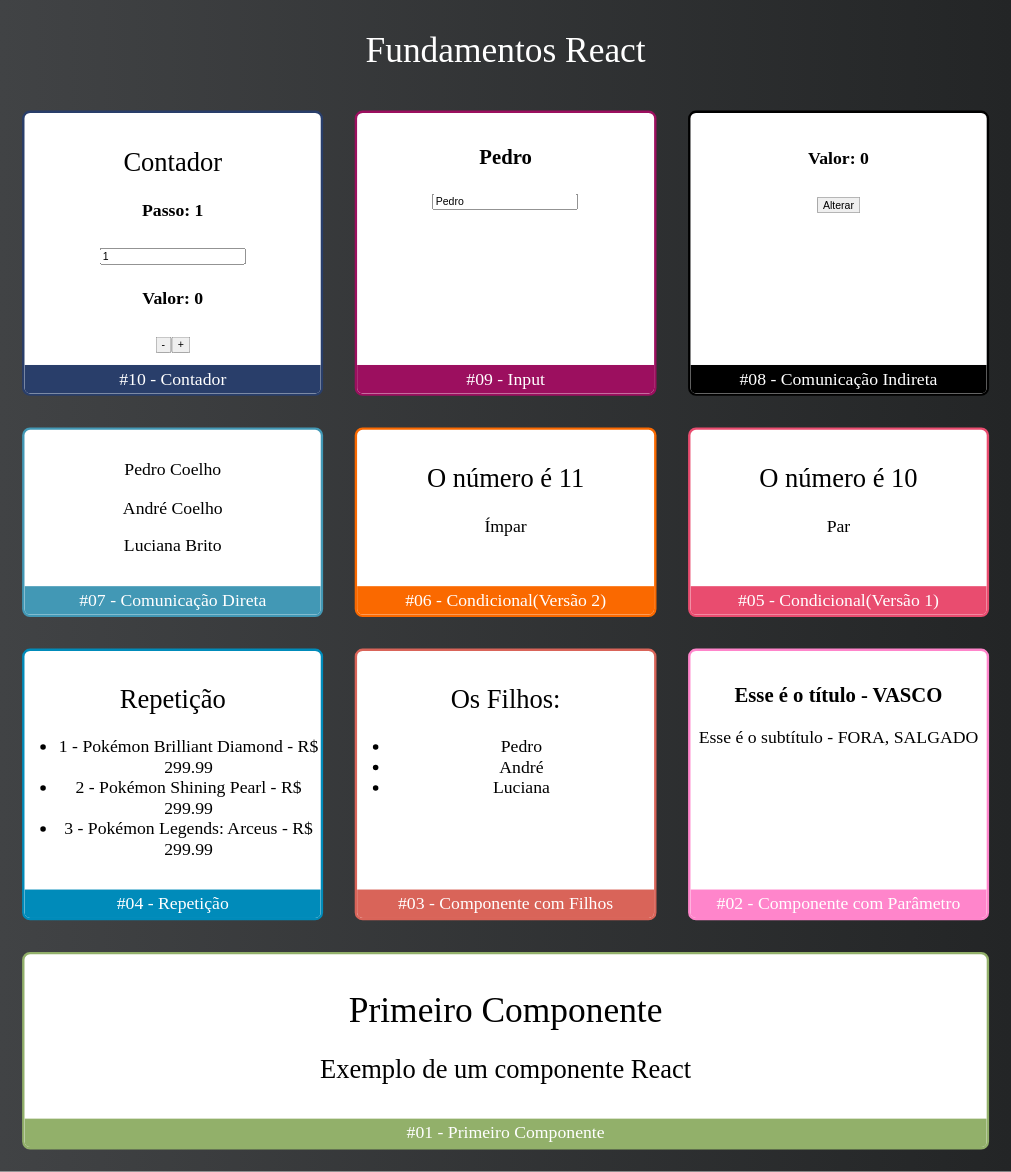
Repository: PedroHQCoelho/fundamentos-react
Page: /
An editor plug-in stored every save of this project. The page is shown before and after the next save, followed by the edit.
The browser window is 1280 px wide. The pictures show the whole page, at 79% of full size.
The project was rebuilt for these pictures with package versions that can differ from the ones it lists, and the page was loaded fresh each time.

Above is the page before, as saved 2021-12-16 13:16:46.

After the next save:
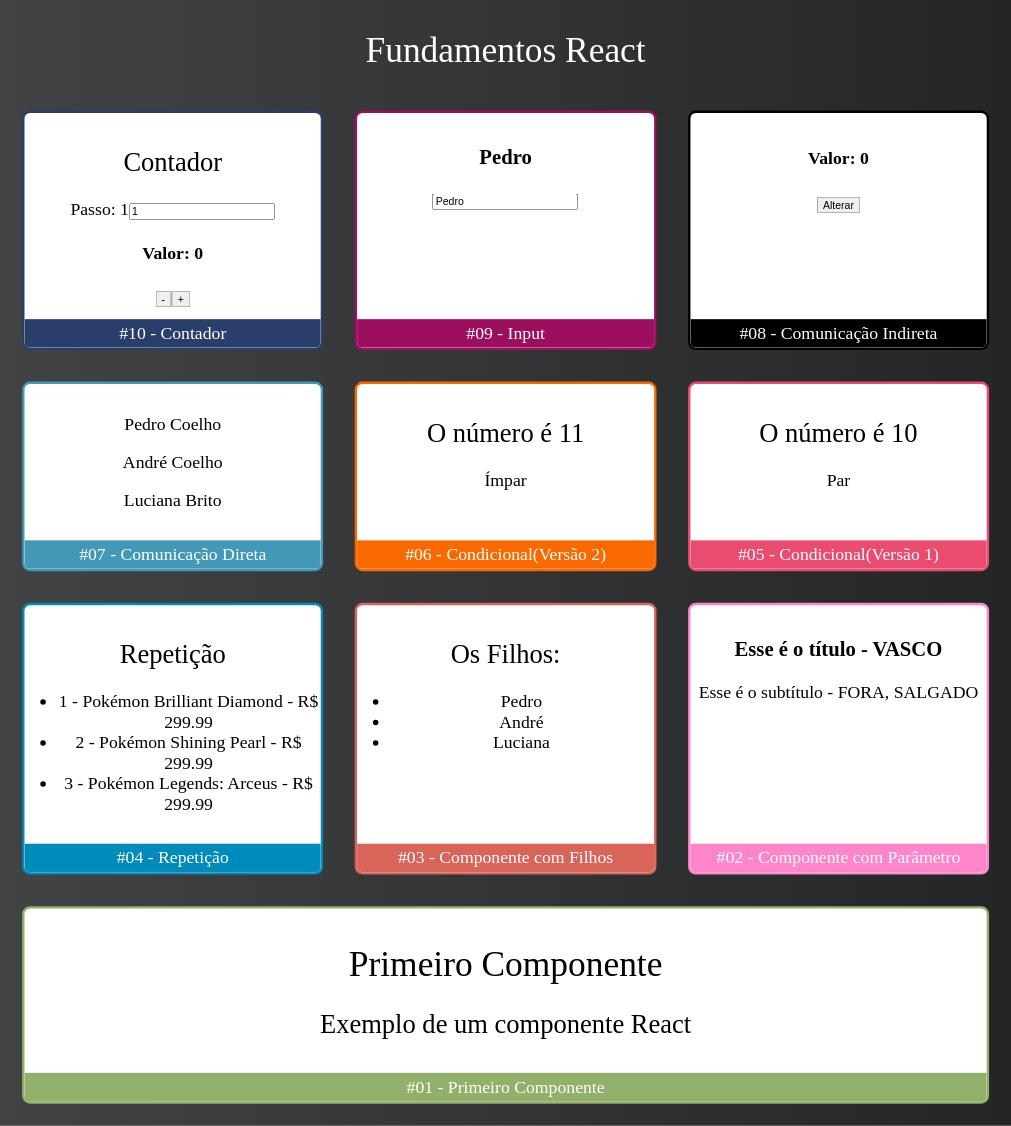
Saved 3 min 0 s later.
--- a/src/components/contador/Contador.jsx
+++ b/src/components/contador/Contador.jsx
@@ -23,9 +23,12 @@ export default class Contador extends Component {
         return(
             <div>
                 <h2>Contador</h2>
-                <h4>Passo: {this.state.passo}</h4>
-                <input type="number" value={this.state.passo}
-                onChange={e => this.setState({ passo: +e.target.value })}/>
+                <div>
+                    <label for="passoInput">Passo: {this.state.passo}</label>
+                    <input id="passoInput" type="number"
+                        value={this.state.passo}
+                        onChange={e => this.setState({ passo: +e.target.value })}/>
+                </div>
                 <h4>Valor: {this.state.valor}</h4>
 
                 <div>
